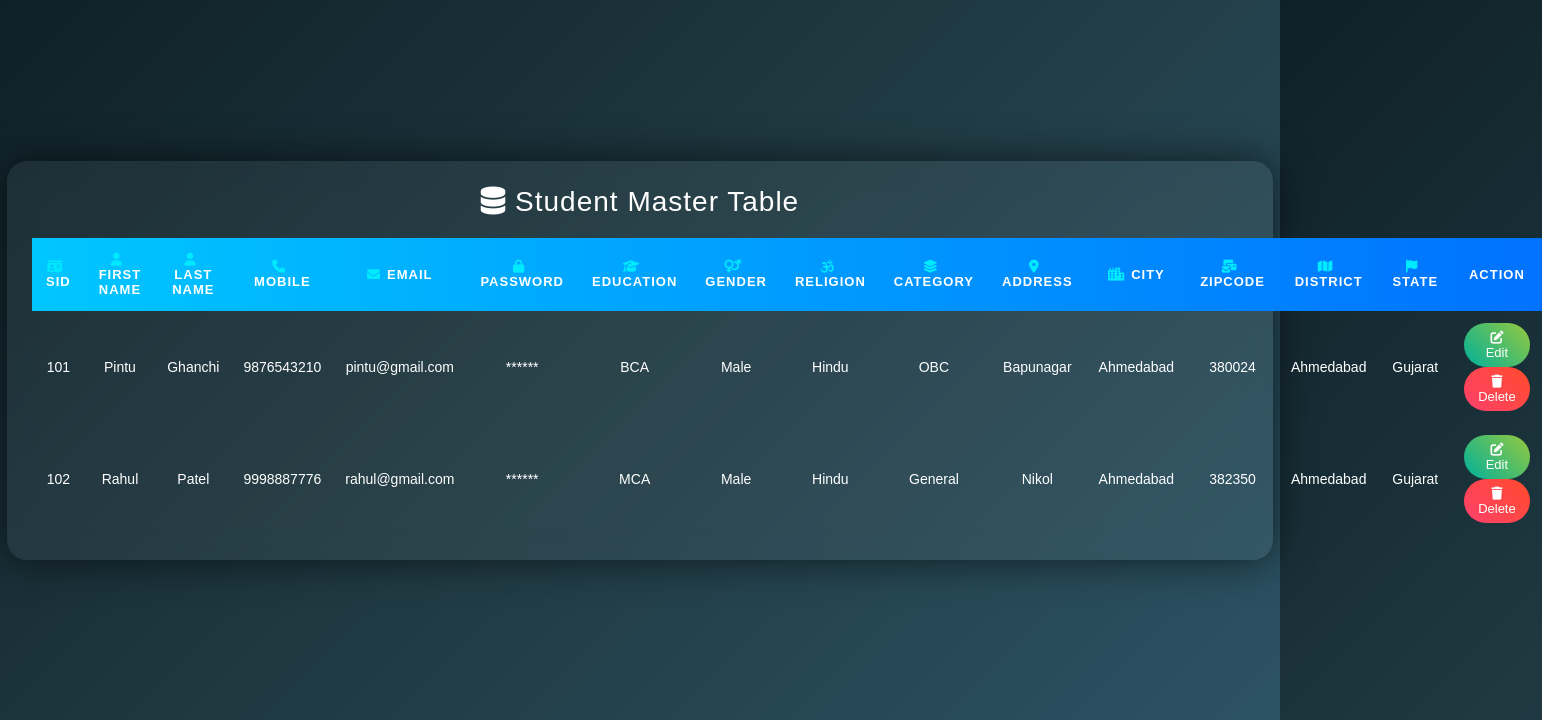
Repository: Pintu-6545/Java_Programming
Page: http://localhost/Students/view.jsp
These files come from the project's save history. The page is drawn as it stood at one moment and after the next save; the edit follows.
The browser window is 1280 px wide. The page is 1542 px wide, then 1432 px, so the pictures cover 1542 px, including what lies to the right of the window. The pictures show the whole page.
The page is served by Tomcat 10. Other server files are loaded and not shown.

Above is the page before, as saved 2026-02-07 03:54:32.

### Assessement/Student Management/Students/src/main/webapp/view.jsp
<%@ page language="java" contentType="text/html; charset=UTF-8"
    pageEncoding="UTF-8"%>
<!DOCTYPE html>
<html lang="en">
<head>
<meta charset="UTF-8">
<title>AI Animated Student Table</title>

<!-- Icons -->
<link rel="stylesheet"
href="https://cdnjs.cloudflare.com/ajax/libs/font-awesome/6.5.0/css/all.min.css">

<style>

body{
    margin:0;
    font-family: 'Poppins', sans-serif;
    background: linear-gradient(135deg,#0f2027,#203a43,#2c5364);
    height:100vh;
    display:flex;
    justify-content:center;
    align-items:center;
}

/* Glass Container */
.table-container{
    width:95%;
    backdrop-filter: blur(14px);
    background: rgba(255,255,255,0.05);
    border-radius:20px;
    padding:25px;
    box-shadow:0 0 40px rgba(0,0,0,0.6);
    animation: fadeIn 1.2s ease;
}

/* Title */
.title{
    text-align:center;
    color:#fff;
    font-size:28px;
    margin-bottom:20px;
    letter-spacing:1px;
}

/* Table */
table{
    width:100%;
    border-collapse:collapse;
    color:#fff;
}

thead{
    background:linear-gradient(90deg,#00c6ff,#0072ff);
}

th{
    padding:14px;
    text-transform:uppercase;
    font-size:13px;
    letter-spacing:1px;
}

td{
    padding:12px;
    text-align:center;
    font-size:14px;
}

/* Row Hover Effect */
tbody tr{
    transition:0.4s;
}

tbody tr:hover{
    background:rgba(0,255,255,0.12);
    transform:scale(1.01);
    box-shadow:0 0 15px cyan;
}

/* Icons */
.icon{
    margin-right:6px;
    color:#00eaff;
}

/* Buttons */
.btn{
    padding:7px 14px;
    border:none;
    border-radius:25px;
    cursor:pointer;
    font-size:13px;
    color:#fff;
    transition:0.4s;
}

/* Edit Button */
.edit{
    background:linear-gradient(45deg,#00b09b,#96c93d);
}

.edit:hover{
    transform:translateY(-2px);
    box-shadow:0 0 12px #00ffcc;
}

/* Delete Button */
.delete{
    background:linear-gradient(45deg,#ff416c,#ff4b2b);
}

.delete:hover{
    transform:translateY(-2px);
    box-shadow:0 0 12px #ff4b2b;
}

/* Animation */
@keyframes fadeIn{
    from{opacity:0; transform:translateY(40px);}
    to{opacity:1; transform:translateY(0);}
}

</style>
</head>

<body>

<div class="table-container">

<div class="title">
    <i class="fa-solid fa-database"></i> Student Master Table
</div>

<table>

<thead>
<tr>
<th><i class="fa-solid fa-id-card icon"></i>SID</th>
<th><i class="fa-solid fa-user icon"></i>First Name</th>
<th><i class="fa-solid fa-user icon"></i>Last Name</th>
<th><i class="fa-solid fa-phone icon"></i>Mobile</th>
<th><i class="fa-solid fa-envelope icon"></i>Email</th>
<th><i class="fa-solid fa-lock icon"></i>Password</th>
<th><i class="fa-solid fa-graduation-cap icon"></i>Education</th>
<th><i class="fa-solid fa-venus-mars icon"></i>Gender</th>
<th><i class="fa-solid fa-om icon"></i>Religion</th>
<th><i class="fa-solid fa-layer-group icon"></i>Category</th>
<th><i class="fa-solid fa-location-dot icon"></i>Address</th>
<th><i class="fa-solid fa-city icon"></i>City</th>
<th><i class="fa-solid fa-mail-bulk icon"></i>Zipcode</th>
<th><i class="fa-solid fa-map icon"></i>District</th>
<th><i class="fa-solid fa-flag icon"></i>State</th>
<th>Action</th>
</tr>
</thead>

<tbody>

<tr>
<td>101</td>
<td>Pintu</td>
<td>Ghanchi</td>
<td>9876543210</td>
<td>pintu@gmail.com</td>
<td>******</td>
<td>BCA</td>
<td>Male</td>
<td>Hindu</td>
<td>OBC</td>
<td>Bapunagar</td>
<td>Ahmedabad</td>
<td>380024</td>
<td>Ahmedabad</td>
<td>Gujarat</td>

<td>
<button class="btn edit">
<i class="fa-solid fa-pen-to-square"></i> Edit
</button>

<button class="btn delete">
<i class="fa-solid fa-trash"></i> Delete
</button>
</td>
</tr>

<tr>
<td>102</td>
<td>Rahul</td>
<td>Patel</td>
<td>9998887776</td>
<td>rahul@gmail.com</td>
<td>******</td>
<td>MCA</td>
<td>Male</td>
<td>Hindu</td>
<td>General</td>
<td>Nikol</td>
<td>Ahmedabad</td>
<td>382350</td>
<td>Ahmedabad</td>
<td>Gujarat</td>

<td>
<button class="btn edit">
<i class="fa-solid fa-pen-to-square"></i> Edit
</button>

<button class="btn delete">
<i class="fa-solid fa-trash"></i> Delete
</button>
</td>
</tr>

</tbody>

</table>
</div>

</body>
</html>

After the next save:
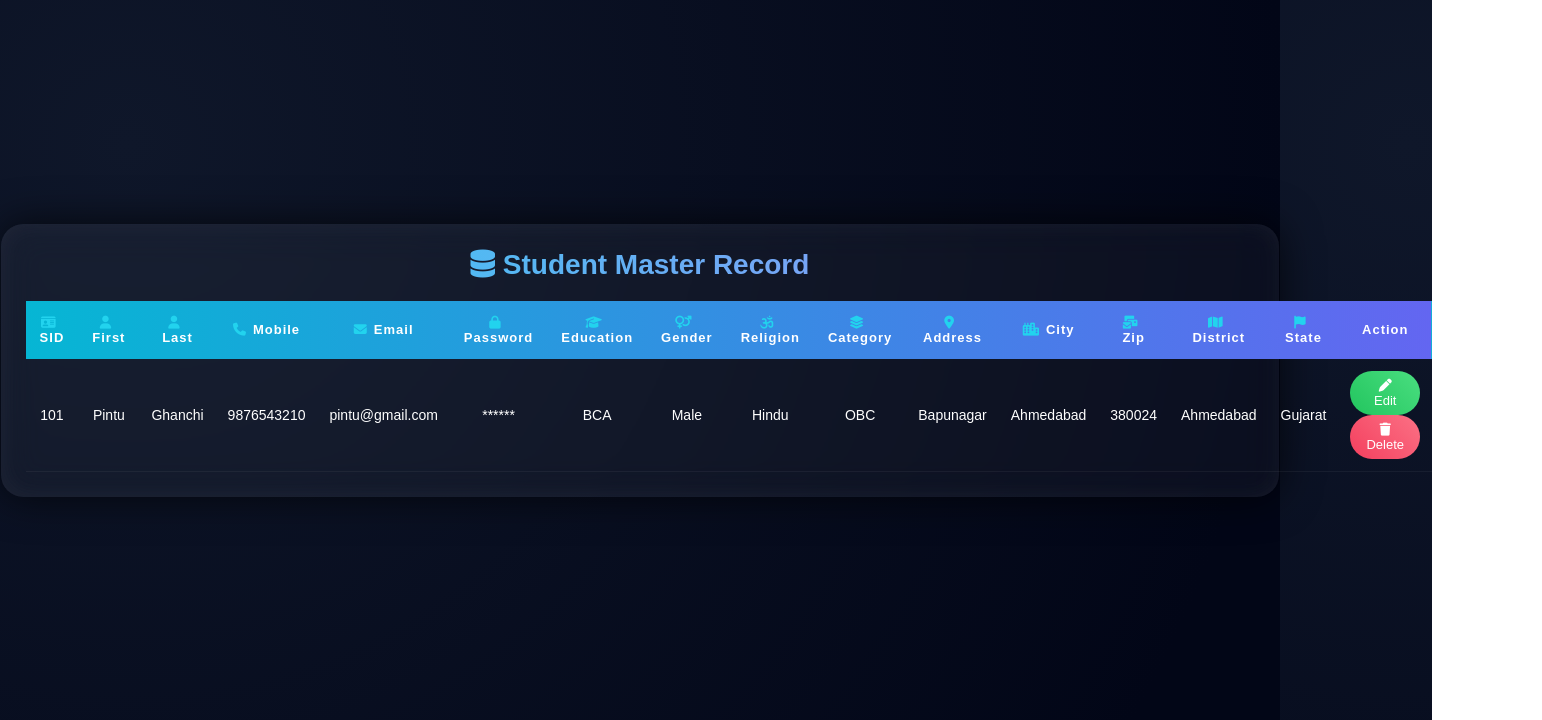
Saved 2 min 5 s later.
--- a/Assessement/Student Management/Students/src/main/webapp/view.jsp
+++ b/Assessement/Student Management/Students/src/main/webapp/view.jsp
@@ -4,114 +4,125 @@
 <html lang="en">
 <head>
 <meta charset="UTF-8">
-<title>AI Animated Student Table</title>
-
-<!-- Icons -->
+<title>Premium AI Student Table</title>
+
 <link rel="stylesheet"
 href="https://cdnjs.cloudflare.com/ajax/libs/font-awesome/6.5.0/css/all.min.css">
 
 <style>
 
+/* Background */
 body{
     margin:0;
-    font-family: 'Poppins', sans-serif;
-    background: linear-gradient(135deg,#0f2027,#203a43,#2c5364);
+    font-family:'Poppins',sans-serif;
+    background:
+    radial-gradient(circle at 10% 20%, #0f172a, #020617 90%);
     height:100vh;
     display:flex;
     justify-content:center;
     align-items:center;
+    color:#fff;
 }
 
 /* Glass Container */
 .table-container{
-    width:95%;
-    backdrop-filter: blur(14px);
-    background: rgba(255,255,255,0.05);
-    border-radius:20px;
+    width:96%;
     padding:25px;
-    box-shadow:0 0 40px rgba(0,0,0,0.6);
-    animation: fadeIn 1.2s ease;
+    border-radius:22px;
+    background:rgba(255,255,255,0.04);
+    backdrop-filter:blur(18px);
+    box-shadow:
+    0 0 40px rgba(0,0,0,0.7),
+    inset 0 0 25px rgba(255,255,255,0.05);
+    animation:fadeIn 1s ease;
 }
 
 /* Title */
 .title{
     text-align:center;
-    color:#fff;
     font-size:28px;
     margin-bottom:20px;
-    letter-spacing:1px;
+    background:linear-gradient(90deg,#22d3ee,#a78bfa);
+    -webkit-background-clip:text;
+    -webkit-text-fill-color:transparent;
+    font-weight:600;
 }
 
 /* Table */
 table{
     width:100%;
     border-collapse:collapse;
-    color:#fff;
-}
-
+}
+
+/* Header */
 thead{
-    background:linear-gradient(90deg,#00c6ff,#0072ff);
+    background:linear-gradient(90deg,#06b6d4,#6366f1);
 }
 
 th{
     padding:14px;
-    text-transform:uppercase;
     font-size:13px;
     letter-spacing:1px;
 }
 
+/* Cells */
 td{
     padding:12px;
     text-align:center;
     font-size:14px;
-}
-
-/* Row Hover Effect */
+    border-bottom:1px solid rgba(255,255,255,0.05);
+}
+
+/* Row Hover */
 tbody tr{
-    transition:0.4s;
+    transition:0.35s;
 }
 
 tbody tr:hover{
-    background:rgba(0,255,255,0.12);
+    background:linear-gradient(
+    90deg,
+    rgba(34,211,238,0.15),
+    rgba(167,139,250,0.15)
+    );
     transform:scale(1.01);
-    box-shadow:0 0 15px cyan;
+    box-shadow:0 0 18px rgba(34,211,238,0.35);
 }
 
 /* Icons */
 .icon{
+    color:#22d3ee;
     margin-right:6px;
-    color:#00eaff;
-}
-
-/* Buttons */
+}
+
+/* Buttons Base */
 .btn{
-    padding:7px 14px;
     border:none;
+    padding:7px 16px;
     border-radius:25px;
+    color:#fff;
     cursor:pointer;
     font-size:13px;
-    color:#fff;
-    transition:0.4s;
+    transition:0.35s;
 }
 
 /* Edit Button */
 .edit{
-    background:linear-gradient(45deg,#00b09b,#96c93d);
+    background:linear-gradient(45deg,#22c55e,#4ade80);
 }
 
 .edit:hover{
+    box-shadow:0 0 15px #22c55e;
     transform:translateY(-2px);
-    box-shadow:0 0 12px #00ffcc;
 }
 
 /* Delete Button */
 .delete{
-    background:linear-gradient(45deg,#ff416c,#ff4b2b);
+    background:linear-gradient(45deg,#f43f5e,#fb7185);
 }
 
 .delete:hover{
+    box-shadow:0 0 15px #f43f5e;
     transform:translateY(-2px);
-    box-shadow:0 0 12px #ff4b2b;
 }
 
 /* Animation */
@@ -128,28 +139,29 @@ tbody tr:hover{
 <div class="table-container">
 
 <div class="title">
-    <i class="fa-solid fa-database"></i> Student Master Table
+<i class="fa-solid fa-database"></i>
+Student Master Record
 </div>
 
 <table>
 
 <thead>
 <tr>
-<th><i class="fa-solid fa-id-card icon"></i>SID</th>
-<th><i class="fa-solid fa-user icon"></i>First Name</th>
-<th><i class="fa-solid fa-user icon"></i>Last Name</th>
-<th><i class="fa-solid fa-phone icon"></i>Mobile</th>
-<th><i class="fa-solid fa-envelope icon"></i>Email</th>
-<th><i class="fa-solid fa-lock icon"></i>Password</th>
-<th><i class="fa-solid fa-graduation-cap icon"></i>Education</th>
-<th><i class="fa-solid fa-venus-mars icon"></i>Gender</th>
-<th><i class="fa-solid fa-om icon"></i>Religion</th>
-<th><i class="fa-solid fa-layer-group icon"></i>Category</th>
-<th><i class="fa-solid fa-location-dot icon"></i>Address</th>
-<th><i class="fa-solid fa-city icon"></i>City</th>
-<th><i class="fa-solid fa-mail-bulk icon"></i>Zipcode</th>
-<th><i class="fa-solid fa-map icon"></i>District</th>
-<th><i class="fa-solid fa-flag icon"></i>State</th>
+<th><i class="fa fa-id-card icon"></i>SID</th>
+<th><i class="fa fa-user icon"></i>First</th>
+<th><i class="fa fa-user icon"></i>Last</th>
+<th><i class="fa fa-phone icon"></i>Mobile</th>
+<th><i class="fa fa-envelope icon"></i>Email</th>
+<th><i class="fa fa-lock icon"></i>Password</th>
+<th><i class="fa fa-graduation-cap icon"></i>Education</th>
+<th><i class="fa fa-venus-mars icon"></i>Gender</th>
+<th><i class="fa fa-om icon"></i>Religion</th>
+<th><i class="fa fa-layer-group icon"></i>Category</th>
+<th><i class="fa fa-location-dot icon"></i>Address</th>
+<th><i class="fa fa-city icon"></i>City</th>
+<th><i class="fa fa-mail-bulk icon"></i>Zip</th>
+<th><i class="fa fa-map icon"></i>District</th>
+<th><i class="fa fa-flag icon"></i>State</th>
 <th>Action</th>
 </tr>
 </thead>
@@ -175,43 +187,15 @@ tbody tr:hover{
 
 <td>
 <button class="btn edit">
-<i class="fa-solid fa-pen-to-square"></i> Edit
+<i class="fa fa-pen"></i> Edit
 </button>
 
 <button class="btn delete">
-<i class="fa-solid fa-trash"></i> Delete
+<i class="fa fa-trash"></i> Delete
 </button>
 </td>
 </tr>
 
-<tr>
-<td>102</td>
-<td>Rahul</td>
-<td>Patel</td>
-<td>9998887776</td>
-<td>rahul@gmail.com</td>
-<td>******</td>
-<td>MCA</td>
-<td>Male</td>
-<td>Hindu</td>
-<td>General</td>
-<td>Nikol</td>
-<td>Ahmedabad</td>
-<td>382350</td>
-<td>Ahmedabad</td>
-<td>Gujarat</td>
-
-<td>
-<button class="btn edit">
-<i class="fa-solid fa-pen-to-square"></i> Edit
-</button>
-
-<button class="btn delete">
-<i class="fa-solid fa-trash"></i> Delete
-</button>
-</td>
-</tr>
-
 </tbody>
 
 </table>
